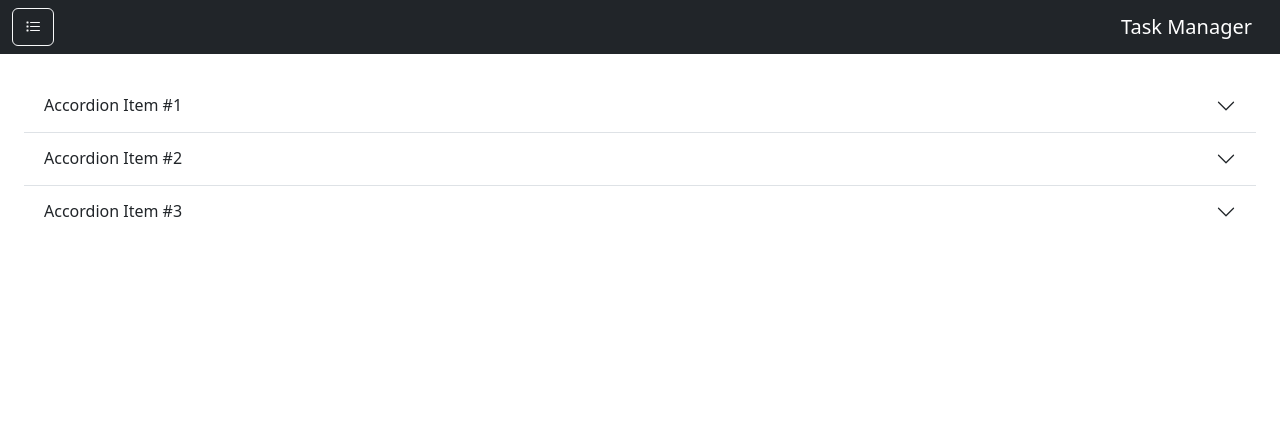
Repository: Barrakude/Angular_Project
Page: /task-list (app in test-finale/)
An editor plug-in stored every save of this project. The page is shown before and after a run of saves, followed by the edit.
The browser window is 1280 px wide. The pictures show the whole page.
The project was rebuilt for these pictures with package versions that can differ from the ones it lists, and the page was loaded fresh each time. Also part of the build but not shown: test-finale/angular.json, test-finale/src/app/features/board/board.component.ts, test-finale/src/app/features/board/doing/doing.component.ts, test-finale/src/app/shared/components/task-card/task-card.component.ts, test-finale/src/app/shared/interfaces/itask.ts, test-finale/src/app/shared/services/task-list.service.ts, test-finale/src/app/features/board/done/done.component.ts, test-finale/src/app/features/board/todo/todo.component.ts.

Above is the page before, as saved 2025-06-17 12:35:07.

### test-finale/src/index.html
<!doctype html>
<html lang="en">
<head>
  <meta charset="utf-8">
  <title>TaskManagementFe</title>
  <base href="/">
  <meta name="viewport" content="width=device-width, initial-scale=1">
  <link rel="icon" type="image/x-icon" href="favicon.ico">
</head>
<body>
  <tmg-root></tmg-root>
</body>
</html>

### test-finale/src/app/app.config.ts
import { ApplicationConfig, provideZoneChangeDetection } from '@angular/core';
import { provideRouter } from '@angular/router';

import { routes } from './app.routes';
import { provideHttpClient } from '@angular/common/http';

export const appConfig: ApplicationConfig = {
  providers: [
    provideZoneChangeDetection({ eventCoalescing: true }),
    provideRouter(routes),
    provideHttpClient()
  ]
};
// http client lo lascio , vi da errore se non rifate npm i

### test-finale/src/app/app.component.ts
import { TitleCasePipe } from '@angular/common';
import { Component } from '@angular/core';
import { RouterOutlet } from '@angular/router';
@Component({
  selector: 'tmg-root',
  imports: [
    RouterOutlet
  ],
  templateUrl: './app.component.html',
  styleUrl: './app.component.scss'
})
export class AppComponent {
  title = 'task-management-fe';
}

### test-finale/src/app/app.routes.ts
import { Routes } from '@angular/router';
import { BoardComponent } from './features/board/board.component';
import { TaskListComponent } from './features/task-list/task-list.component';
import { LayoutComponent } from './core/layout/layout.component';

export const routes: Routes = [

    {
        path:'',
        component:LayoutComponent,
        children:[
            {path:'', redirectTo:'/board',pathMatch:'full'},
            {path:'board', component:BoardComponent},
            {path:'task-list', component:TaskListComponent}
        ]
    },

];

### test-finale/src/app/app.component.html
<!-- mettete le cose vostre vi lascio router outlet , importate tutto poi :)  -->
<router-outlet></router-outlet>

### test-finale/src/app/features/task-list/task-list.component.ts
import { Component } from '@angular/core';

@Component({
  selector: 'tmg-task-list',
  imports: [],
  templateUrl: './task-list.component.html',
  styleUrl: './task-list.component.scss'
})
export class TaskListComponent {

}

### test-finale/src/app/core/layout/layout.component.ts
import { Component } from '@angular/core';
import { CommonModule } from '@angular/common';
import { RouterOutlet, RouterLink, RouterLinkActive } from '@angular/router';

@Component({
  selector: 'tmg-layout',
  standalone: true,
  imports: [
    CommonModule,
    RouterOutlet,
    RouterLink,
    RouterLinkActive
  ],
  templateUrl: './layout.component.html',
  styleUrl: './layout.component.scss'
})
export class LayoutComponent {
  sidebarOpen = false;

  toggleSidebar(): void {
    this.sidebarOpen = !this.sidebarOpen;
  }
}

### test-finale/src/app/features/task-list/task-list.component.html
<div class="accordion accordion-flush" id="accordionFlushExample">
  <div class="accordion-item">
    <h2 class="accordion-header">
      <button class="accordion-button collapsed" type="button" data-bs-toggle="collapse" data-bs-target="#flush-collapseOne" aria-expanded="false" aria-controls="flush-collapseOne">
        Accordion Item #1
      </button>
    </h2>
    <div id="flush-collapseOne" class="accordion-collapse collapse" data-bs-parent="#accordionFlushExample">
      <div class="accordion-body">Placeholder content for this accordion, which is intended to demonstrate the <code>.accordion-flush</code> class. This is the first item’s accordion body.</div>
    </div>
  </div>
  <div class="accordion-item">
    <h2 class="accordion-header">
      <button class="accordion-button collapsed" type="button" data-bs-toggle="collapse" data-bs-target="#flush-collapseTwo" aria-expanded="false" aria-controls="flush-collapseTwo">
        Accordion Item #2
      </button>
    </h2>
    <div id="flush-collapseTwo" class="accordion-collapse collapse" data-bs-parent="#accordionFlushExample">
      <div class="accordion-body">Placeholder content for this accordion, which is intended to demonstrate the <code>.accordion-flush</code> class. This is the second item’s accordion body. Let’s imagine this being filled with some actual content.</div>
    </div>
  </div>
  <div class="accordion-item">
    <h2 class="accordion-header">
      <button class="accordion-button collapsed" type="button" data-bs-toggle="collapse" data-bs-target="#flush-collapseThree" aria-expanded="false" aria-controls="flush-collapseThree">
        Accordion Item #3
      </button>
    </h2>
    <div id="flush-collapseThree" class="accordion-collapse collapse" data-bs-parent="#accordionFlushExample">
      <div class="accordion-body">Placeholder content for this accordion, which is intended to demonstrate the <code>.accordion-flush</code> class. This is the third item’s accordion body. Nothing more exciting happening here in terms of content, but just filling up the space to make it look, at least at first glance, a bit more representative of how this would look in a real-world application.</div>
    </div>
  </div>
</div>

### test-finale/src/app/core/layout/layout.component.html
<div class="d-flex flex-column vh-100">
    <!-- Navbar -->
    <nav class="navbar navbar-expand-lg navbar-dark bg-dark fixed-top">
        <div class="container-fluid">
            <button class="btn btn-outline-light me-3" type="button" (click)="toggleSidebar()">
                <i class="bi bi-list-task"></i>
            </button>
            <span class="navbar-brand mb-0 h1">Task Manager</span>
        </div>
    </nav>

    <!-- Sidebar -->
    <div class="offcanvas offcanvas-start" [class.show]="sidebarOpen" tabindex="-1" style="top: 56px; height: calc(100vh - 56px);">
        <div class="offcanvas-body p-0">
            <ul class="list-group list-group-flush">
                <li class="list-group-item border-0">
                    <a routerLink="/board" routerLinkActive="active" class="nav-link text-dark">
                        <i class="fas fa-columns me-2"></i>
                        Board
                    </a>
                </li>
                <li class="list-group-item border-0">
                    <a routerLink="/task-list" routerLinkActive="active" class="nav-link text-dark">
                        <i class="fas fa-list-ul me-2"></i>
                        Task List
                    </a>
                </li>
            </ul>
        </div>
    </div>

    <!-- Main Content -->
    <main class="flex-grow-1" [style.margin-left.px]="sidebarOpen ? 250 : 0" style="margin-top: 56px; transition: margin-left 0.3s ease;">
        <div class="container-fluid p-4">
            <router-outlet></router-outlet>
        </div>
    </main>
</div>

<style>
.offcanvas {
    width: 250px !important;
    transition: transform 0.3s ease;
}

.nav-link.active {
    background-color: #0d6efd !important;
    color: white !important;
    border-radius: 0.375rem;
    margin: 0 10px;
}

@media (max-width: 768px) {
    main {
        margin-left: 0 !important;
    }
}
</style>

Loaded but not shown: test-finale/src/styles.scss (common file); test-finale/src/main.ts (common file); test-finale/src/app/app.component.scss (no stored copy; drawn as an empty file); test-finale/src/app/core/layout/layout.component.scss (no stored copy; drawn as an empty file); test-finale/src/app/features/task-list/task-list.component.scss (no stored copy; drawn as an empty file)

After the next 3 saves:
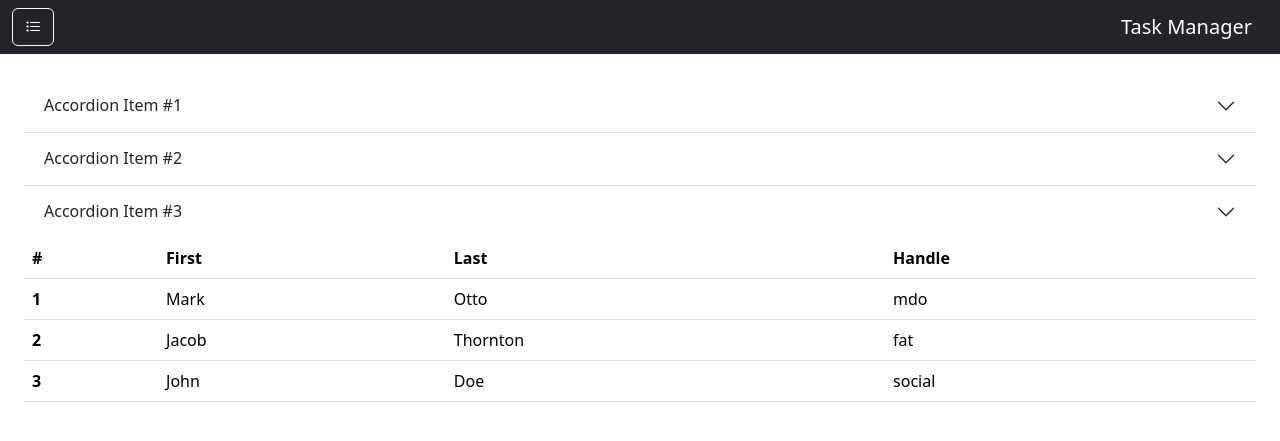
The 3 saves are shown as one change because 1 did not build or start and some came seconds apart.
The last was saved 61 s later.
--- a/test-finale/src/app/features/task-list/task-list.component.html
+++ b/test-finale/src/app/features/task-list/task-list.component.html
@@ -30,3 +30,33 @@
     </div>
   </div>
 </div>
+<table class="table">
+  <thead>
+    <tr>
+      <th scope="col">#</th>
+      <th scope="col">First</th>
+      <th scope="col">Last</th>
+      <th scope="col">Handle</th>
+    </tr>
+  </thead>
+  <tbody>
+    <tr>
+      <th scope="row">1</th>
+      <td>Mark</td>
+      <td>Otto</td>
+      <td>mdo</td>
+    </tr>
+    <tr>
+      <th scope="row">2</th>
+      <td>Jacob</td>
+      <td>Thornton</td>
+      <td>fat</td>
+    </tr>
+    <tr>
+      <th scope="row">3</th>
+      <td>John</td>
+      <td>Doe</td>
+      <td>social</td>
+    </tr>
+  </tbody>
+</table>
